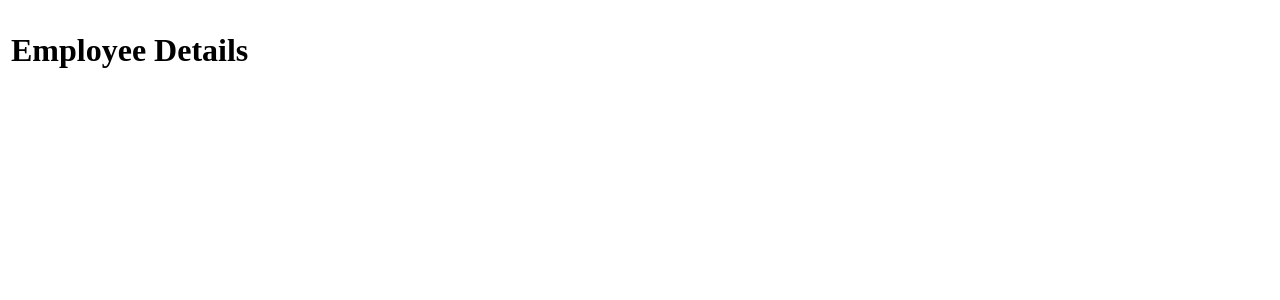
Repository: srjainapur/CRUD_Operation_With_Angular_Springboot
Page: angular-spring-demo/src/main/resources/static/post_data.html
These files come from the project's save history. The page is drawn as it stood at one moment and after the next save; the edit follows.
The browser window is 1280 px wide. The pictures show the whole page.
Some web libraries are served in a nearby version.

Above is the page before, as saved 2020-06-25 06:53:17.

After the next save:
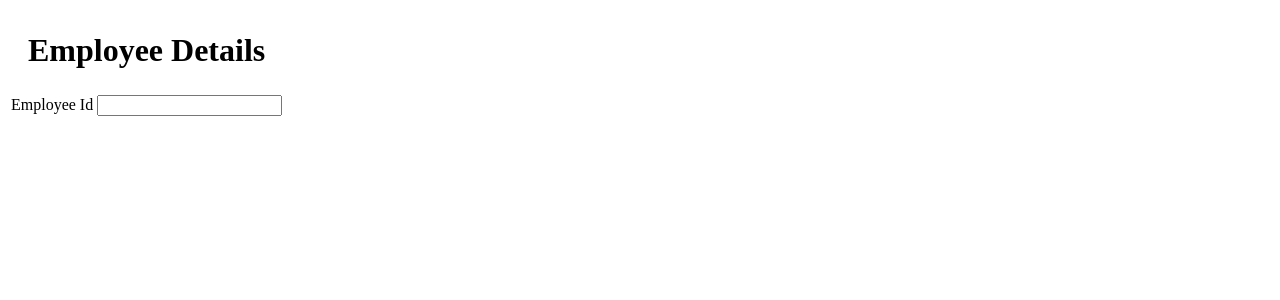
Saved 2 min 17 s later.
--- a/angular-spring-demo/src/main/resources/static/post_data.html
+++ b/angular-spring-demo/src/main/resources/static/post_data.html
@@ -50,6 +50,10 @@
 				<tr>
 					<th colspan="2" align="middle"><h1>Employee Details</h1></th>
 				</tr>
+				<tr>
+					<td>Employee Id</td>
+					<td><input name="empId" ng-model="empId" type="text"/></td>
+				</tr>
 			</table>
 		</div>
 	</body>
